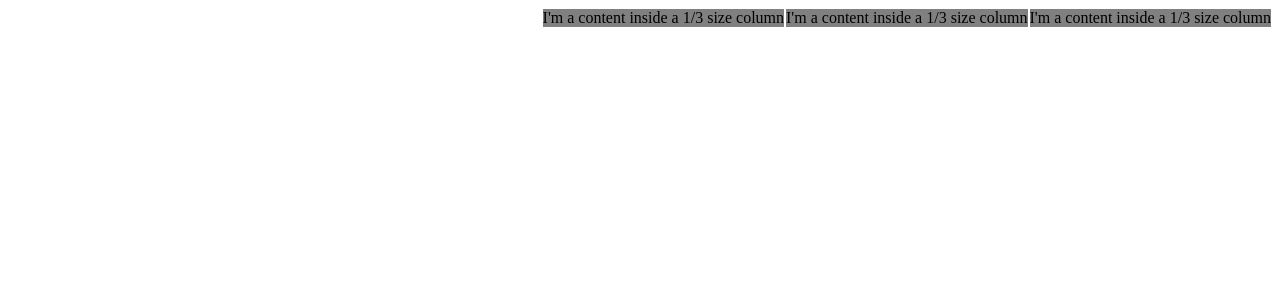
Repository: ervinne13/gg-basic-web-frontend-development
Page: modules/css/long-samples/grid-system-1.html
The author's editor kept a copy of each file at every save. The page is drawn from the files as they stood at one save, then again after the next save.
The browser window is 1280 px wide. The pictures show the whole page.

Above is the page before, as saved 2019-07-04 17:00:46.

### modules/css/long-samples/grid-system-1.html
<html>
    <head>
        <style>
            .container {
                max-width: 1335px;
                margin: 0 auto;
            }

            .container .row {
                display: flex;
                justify-content: flex-end;
            }

            .container .row .col {
                display: flex;
                flex-flow: row wrap;
                justify-content: flex-start;
                background-color: grey;
                margin: 1px;
            }
        </style>
    </head>
    <body>
        <div class="container">
            <div class="row">
                <div class="col">
                    I'm a content inside a 1/3 size column
                </div>
                <div class="col">
                    I'm a content inside a 1/3 size column
                </div>
                <div class="col">
                    I'm a content inside a 1/3 size column
                </div>
            </div>
        </div>
    </body>
</html>

After the next save:
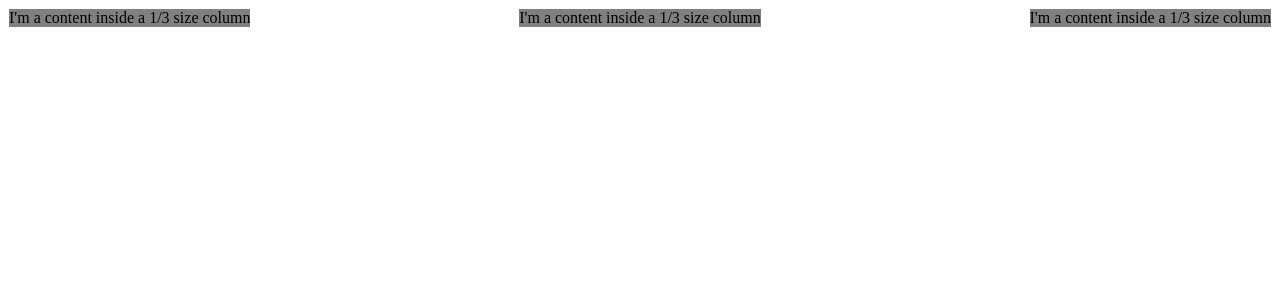
Saved 11 s later.
--- a/modules/css/long-samples/grid-system-1.html
+++ b/modules/css/long-samples/grid-system-1.html
@@ -8,7 +8,7 @@
 
             .container .row {
                 display: flex;
-                justify-content: flex-end;
+                justify-content: space-between;
             }
 
             .container .row .col {
